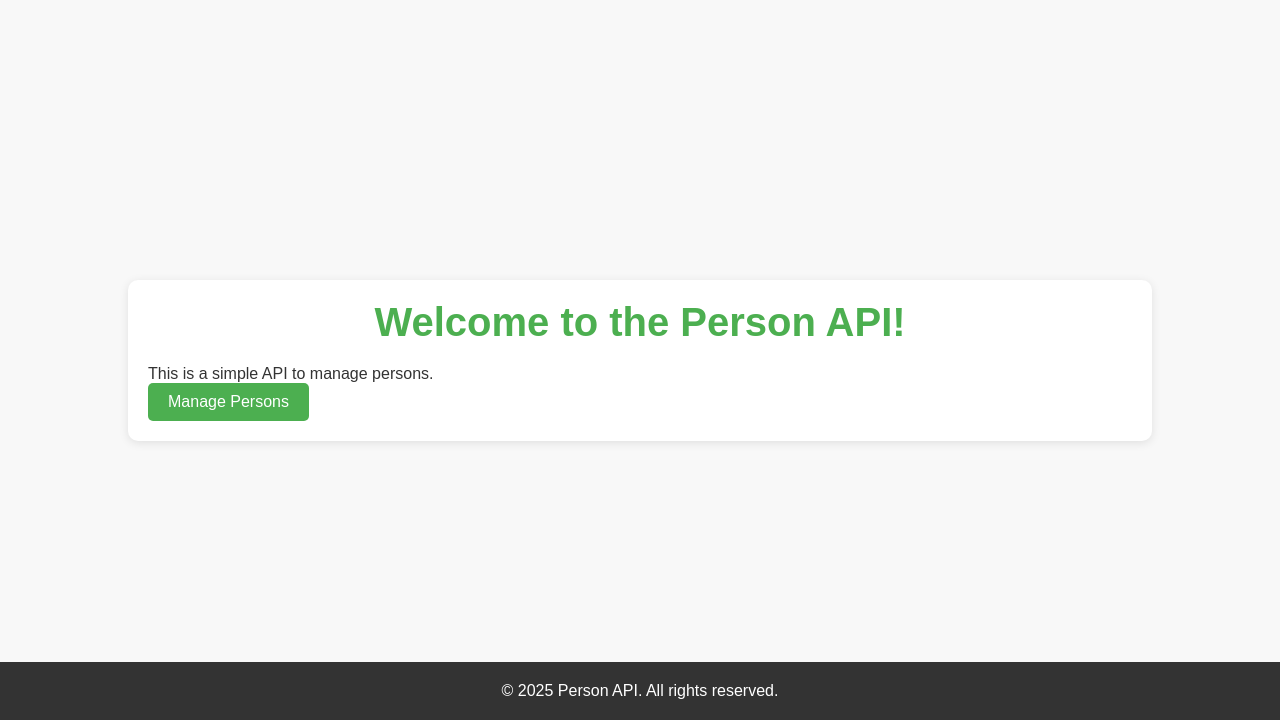
Repository: anjalikumari2207/person-api
Page: http://localhost/person/
The author's editor kept a copy of each file at every save. The page is drawn from the files as they stood at one save, then again after the next save.
The browser window is 1280 px wide. The pictures show the whole page.
The page is served by the project's Node server (index.js). Queries for data that is not in the repository find no rows.

Above is the page before, as saved 2025-04-13 19:27:17.

After the next save:
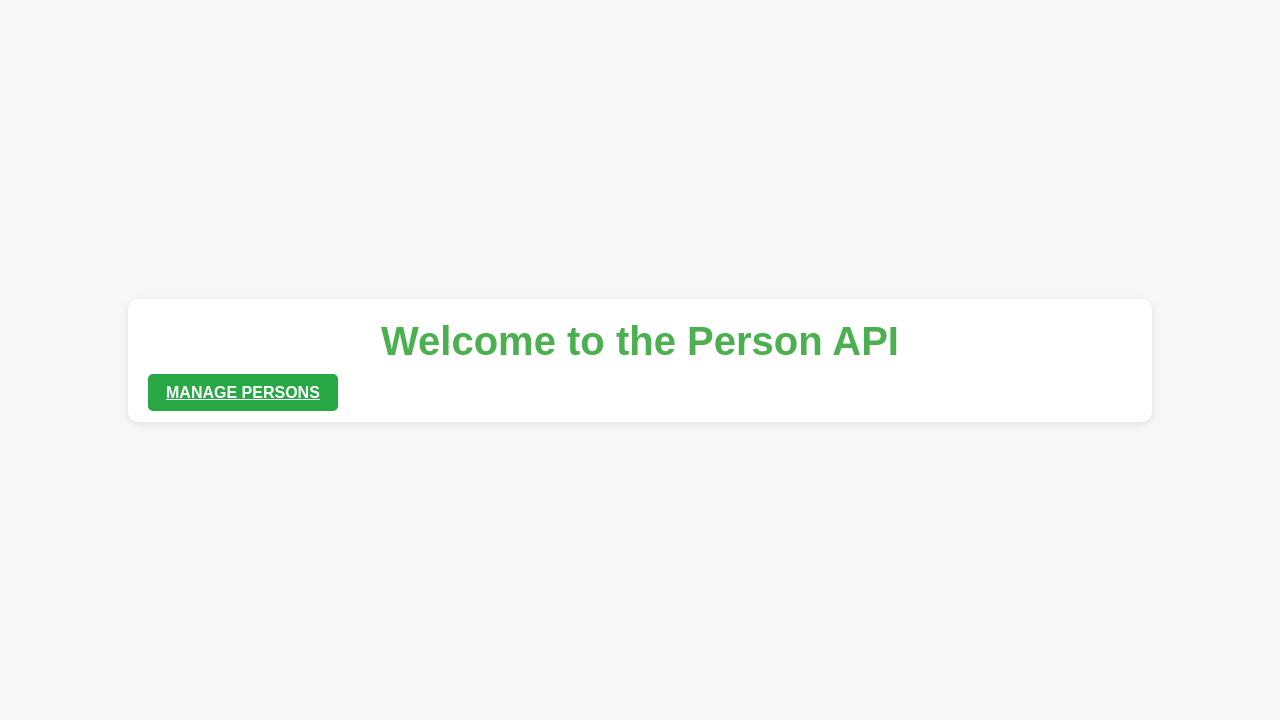
Saved 15 min 47 s later.
--- a/views/index.ejs
+++ b/views/index.ejs
@@ -1,21 +1,13 @@
-<!-- index.ejs -->
-
+<!-- views/index.ejs -->
 <!DOCTYPE html>
-<html lang="en">
+<html>
 <head>
-    <meta charset="UTF-8">
-    <meta name="viewport" content="width=device-width, initial-scale=1.0">
-    <title>Person API</title>
-    <link rel="stylesheet" href="/css/style.css">
+  <title>Person API</title>
+  <link rel="stylesheet" href="/css/style.css">
 </head>
 <body>
-    <div class="container">
-        <h1>Welcome to the Person API!</h1>
-        <p>This is a simple API to manage persons.</p>
-        <button onclick="location.href='/person'">Manage Persons</button>
-    </div>
-    <footer>
-        <p>&copy; 2025 Person API. All rights reserved.</p>
-    </footer>
-</body>
-</html>
+  <div class="container">
+    <h1>Welcome to the Person API</h1>
+    <a href="/person" class="btn">Manage Persons</a>
+  </div>
+</
